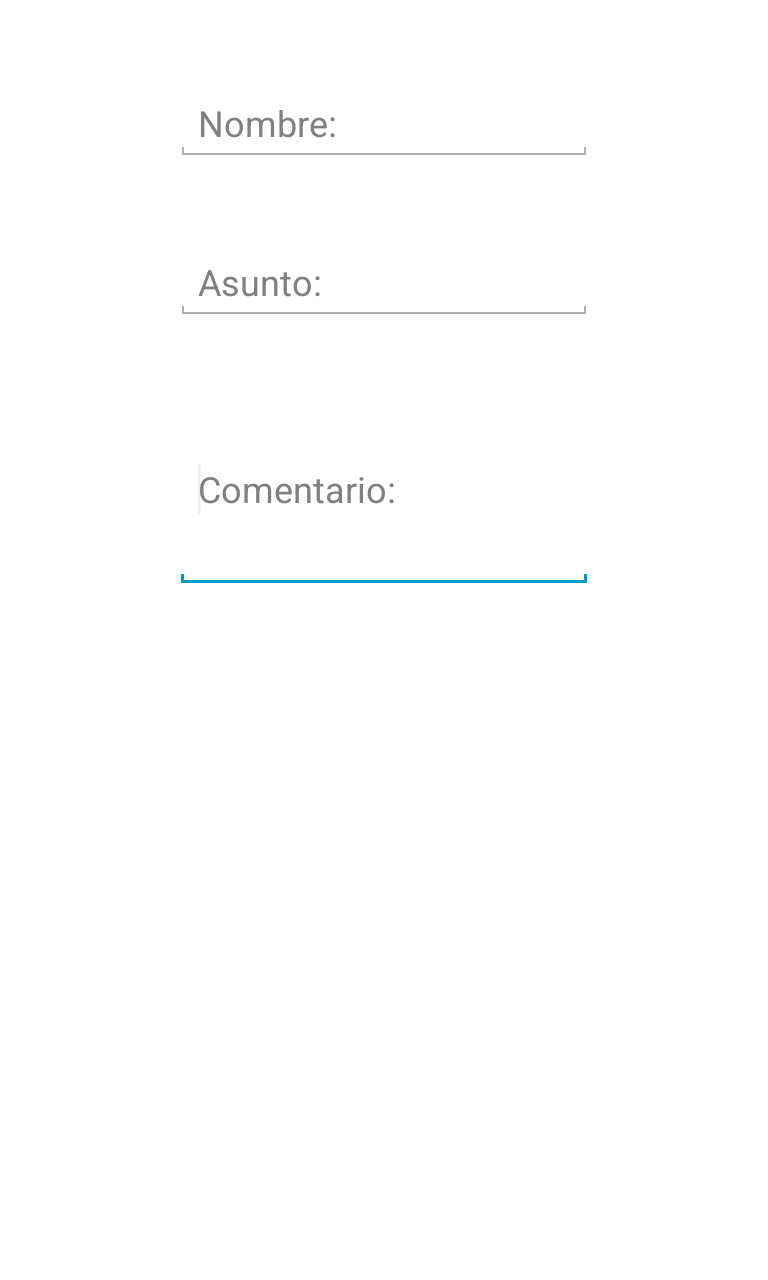
Repository: armandobs94/Dental.App
Layout: AplicacionMovil/DentalApp/Dental.App/res/layout/contacto_main.xml
These files come from the project's save history. The layout is drawn as it stood at one moment and after the next save; the edit follows.
It is drawn on a 768 x 1280 px phone screen (xhdpi) without system bars, with theme AppTheme; the app's code is not run.

Above is the layout before, as saved 2015-06-10 23:50:33.

### AplicacionMovil/DentalApp/Dental.App/res/layout/contacto_main.xml
<?xml version="1.0" encoding="utf-8"?>
<RelativeLayout xmlns:android="http://schemas.android.com/apk/res/android"
    android:layout_width="match_parent"
    android:layout_height="match_parent"
    android:orientation="vertical" >

    <EditText
        android:id="@+id/editText1"
        android:layout_width="wrap_content"
        android:layout_height="wrap_content"
        android:layout_alignParentTop="true"
        android:layout_centerHorizontal="true"
        android:layout_marginTop="42dp"
        android:hint="@string/campoNombre"
        android:ems="10"/>

    <EditText
        android:id="@+id/editText2"
        android:layout_width="wrap_content"
        android:layout_height="wrap_content"
        android:layout_alignLeft="@+id/editText1"
        android:layout_below="@+id/editText1"
        android:layout_marginTop="40dp"
        android:hint="@string/campoAsunto"
        android:ems="10" />

    <EditText
        android:id="@+id/editText3"
        android:layout_width="wrap_content"
        android:layout_height="wrap_content"
        android:layout_alignLeft="@+id/editText2"
        android:layout_alignRight="@+id/editText2"
        android:layout_below="@+id/editText2"
        android:layout_marginTop="34dp"
        android:height="100dp"
        android:hint="@string/campoComentario"
        android:inputType="textMultiLine"
        android:width="120dp" >

        <requestFocus />
    </EditText>

</RelativeLayout>

### AplicacionMovil/DentalApp/Dental.App/res/values/strings.xml
<?xml version="1.0" encoding="utf-8"?>
<resources>

    <string name="app_name">Dental.App</string>
    <string name="action_settings">Settings</string>
    <string name="hello_world">Hello world!</string>
    <string name="Usuario">Usuario:</string>
    <string name="Contra">Contraseña:</string>
    <string name="Entrar">Entrar</string>
    <string name="campoNombre">Nombre:</string>
    <string name="campoAsunto">Asunto:</string>
    <string name="campoComentario">Comentario:</string>

</resources>

Loaded but not shown: AplicacionMovil/DentalApp/Dental.App/res/values/styles.xml (common file); AplicacionMovil/DentalApp/Dental.App/res/values-v11/styles.xml (common file); AplicacionMovil/DentalApp/Dental.App/res/values-v14/styles.xml (common file)

After the next save:
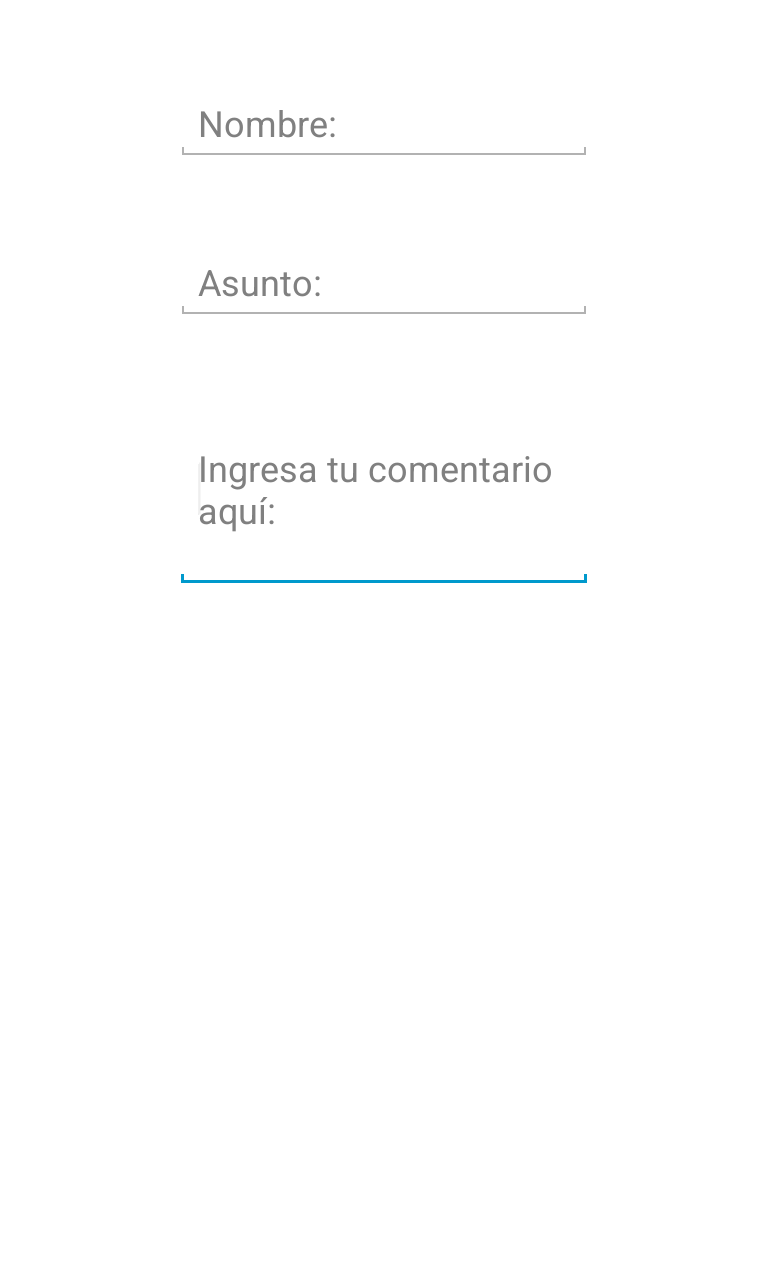
Saved 66 s later.
--- a/AplicacionMovil/DentalApp/Dental.App/res/values/strings.xml
+++ b/AplicacionMovil/DentalApp/Dental.App/res/values/strings.xml
@@ -9,6 +9,6 @@
     <string name="Entrar">Entrar</string>
     <string name="campoNombre">Nombre:</string>
     <string name="campoAsunto">Asunto:</string>
-    <string name="campoComentario">Comentario:</string>
+    <string name="campoComentario">Ingresa tu comentario aquí:</string>
 
 </resources>
